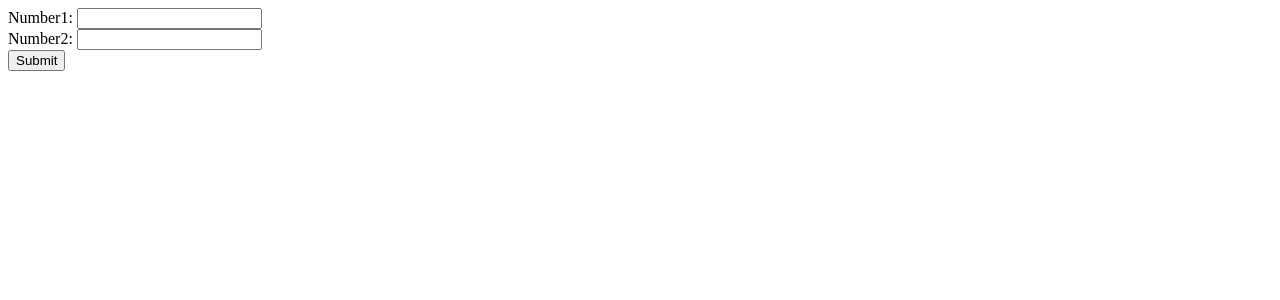
Repository: Nanda-Hari-Reddy/YouTube-Clone
Page: http://localhost/Demo/
An editor plug-in stored every save of this project. The page is shown before and after the next save, followed by the edit.
The browser window is 1280 px wide. The pictures show the whole page.
The page is served by Tomcat 9.

Above is the page before, as saved 2023-11-01 05:17:54.

After the next save:
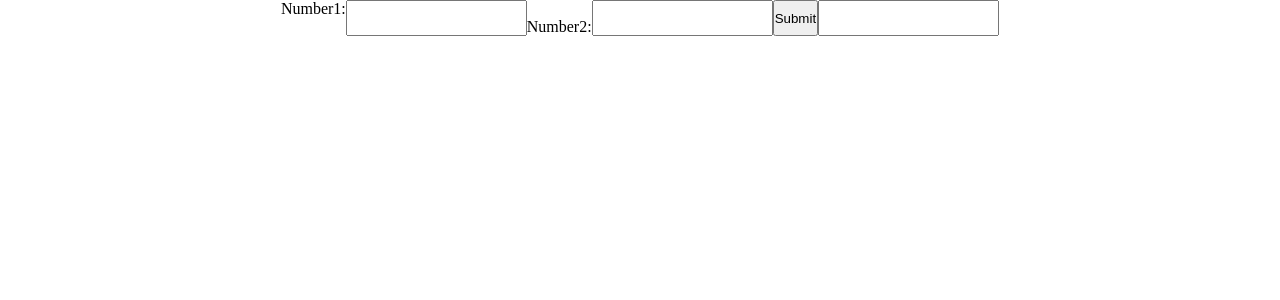
Saved 7 min 3 s later.
--- a/MDB-Free_4.20.0/SERVELETS/Demo/src/main/webapp/index.jsp
+++ b/MDB-Free_4.20.0/SERVELETS/Demo/src/main/webapp/index.jsp
@@ -1,10 +1,27 @@
 <html>
+<head>
+	<style>
+		*
+		{
+			margin: 0px;
+			box-sizing: border-box;
+			padding: 0px;
+		}
+			form
+			{
+				margin-bottom: 10px;
+				display: flex;
+				place-content:center;
+			}
+	</style>
 <body>
 <form action="add">
 	Number1: <input type="text" name="one"><br>
 	Number2: <input type="text" name="two"><br>
 	<input type="submit">
+	<input type="text" name="result">
 </form>
 
 </body>
+</head>
 </html>
